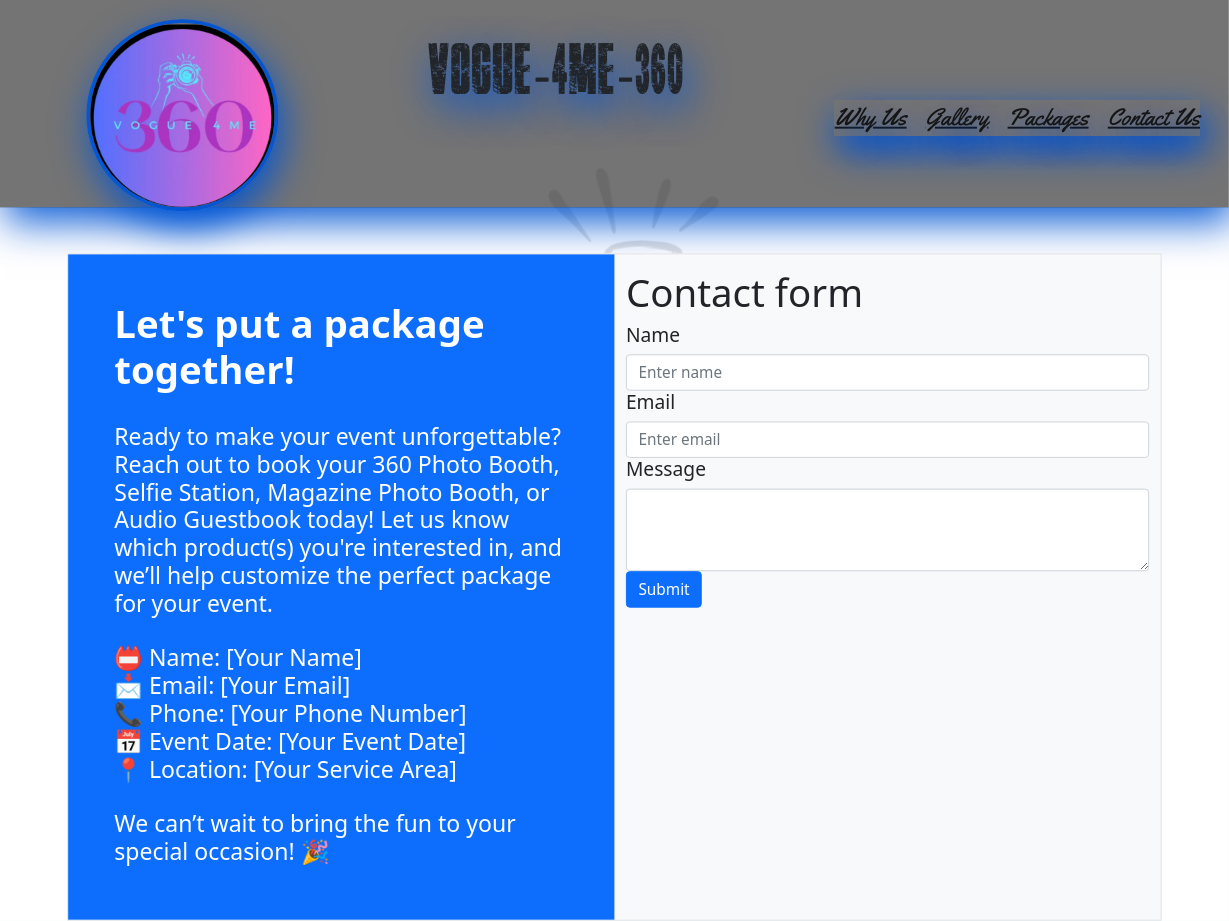
Repository: ErvinClay13/Vogue360-website
Page: contactUs.html
An editor plug-in stored every save of this project. The page is shown before and after a run of saves, followed by the edit.
The browser window is 1280 px wide. The pictures show the whole page, at 96% of full size.
Backgrounds fixed to the window are drawn as part of the page.

Above is the page before, as saved 2025-03-06 03:41:52.
Console error: ReferenceError: emailjs is not defined

After the next 2 saves:
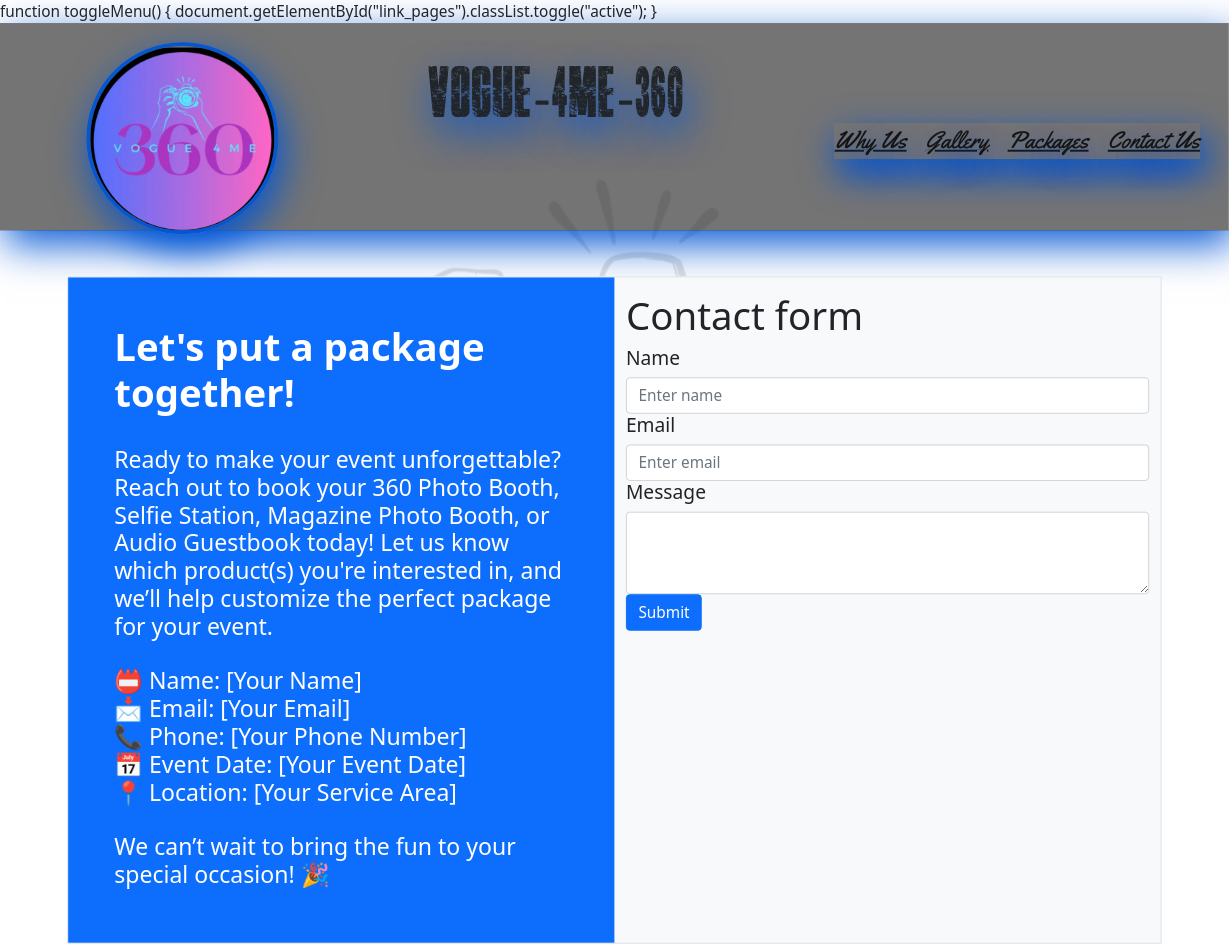
The 2 saves are shown as one change because they came seconds apart.
The last was saved 49 s later.
--- a/contactUs.html
+++ b/contactUs.html
@@ -138,6 +138,9 @@
   });
 })();
 </script>
+function toggleMenu() {
+  document.getElementById("link_pages").classList.toggle("active");
+}
 
   </head>
   <body>

After the 4 saves that followed:
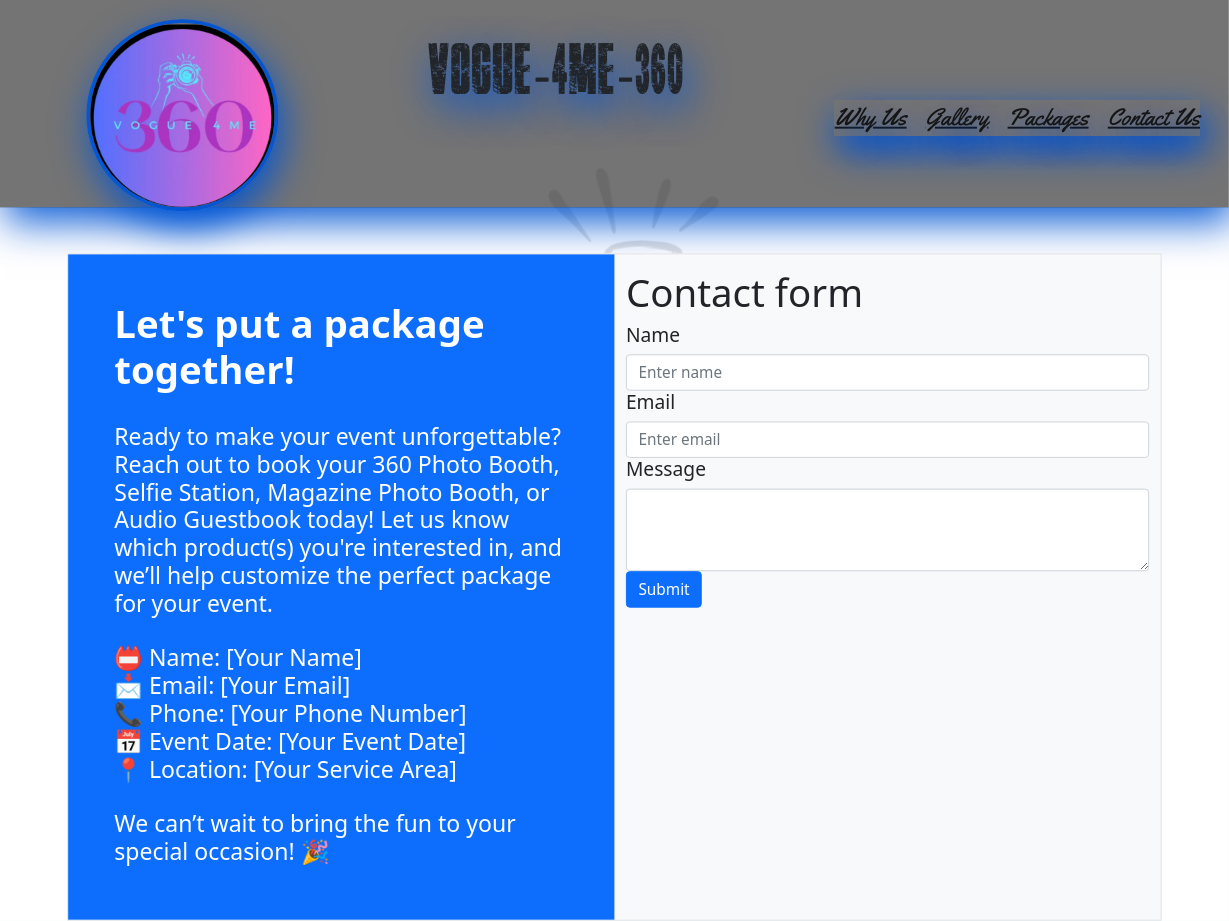
The 4 saves are shown as one change because they came seconds apart.
The last was saved 14 s later.
--- a/contactUs.html
+++ b/contactUs.html
@@ -137,10 +137,10 @@
     publicKey: "pxI3h7P6SQYHLwxAj",
   });
 })();
+function toggleMenu() {
+            document.getElementById("link_pages").classList.toggle("active");
+        }
 </script>
-function toggleMenu() {
-  document.getElementById("link_pages").classList.toggle("active");
-}
 
   </head>
   <body>
